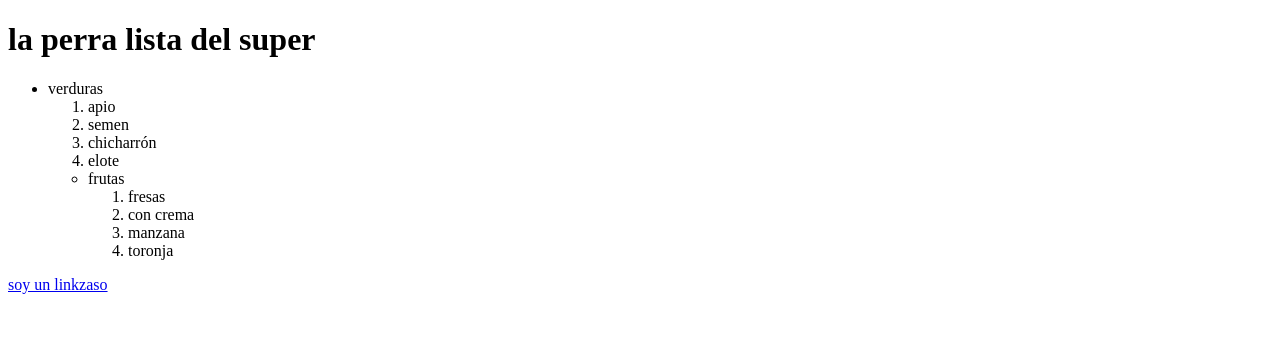
Repository: Daniel009980/daniel0099980
Page: cursodehtml/index.html
These files come from the project's save history. The page is drawn as it stood at one moment and after the next save; the edit follows.
The browser window is 1280 px wide. The pictures show the whole page.

Above is the page before, as saved 2022-09-08 17:45:14.

### cursodehtml/index.html
<!DOCTYPE html>
<html land="es">
    <head>
        <meta charset="UTF-8" />
        <meta name="description" content="esta pagina te mostrar fotos de gatos" />
        <meta name="robots" content="index, follow"/>
        <title>es mi pagina</title>
        <meta name="viewpoint" content="width=device-width, inictial-scale=1.0"/>
        <link rel="stylesheet" href="./css/style.css"/>
    </head>
    <body>
       <header>
        <nav></nav>
       </header>
       <main>
        <section>
            <article>

            </article>
        </section>
        <h1>la perra lista del super</h1>
         <ul>
            <li>verduras</li>
            <ol>
                <li>apio</li>
                <li>semen</li>
                <li>chicharrón</li>
                <li>elote</li>
            </ol>
        <ul>
            <li>frutas</li>
            <ol>
                <li>fresas</li>
                <li>con crema</li>
                <li>manzana</li>
                <li>toronja</li>
            </ol>
        </ul>


         </ul>

       </main>
       <footer>

       </footer>

       <a href="#">soy un linkzaso</a>
    </body>

</html>

Loaded but not shown: cursodehtml/css/style.css (no stored copy; drawn as an empty file)

After the next save:
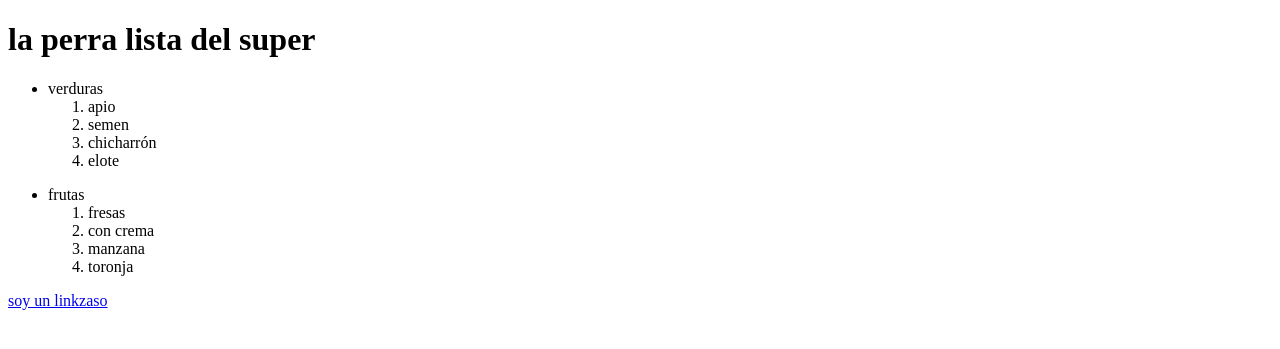
Saved 17 s later.
--- a/cursodehtml/index.html
+++ b/cursodehtml/index.html
@@ -27,7 +27,8 @@
                 <li>chicharrón</li>
                 <li>elote</li>
             </ol>
-        <ul>
+         </ul>
+         <ul>
             <li>frutas</li>
             <ol>
                 <li>fresas</li>
@@ -36,10 +37,6 @@
                 <li>toronja</li>
             </ol>
         </ul>
-
-
-         </ul>
-
        </main>
        <footer>
 
